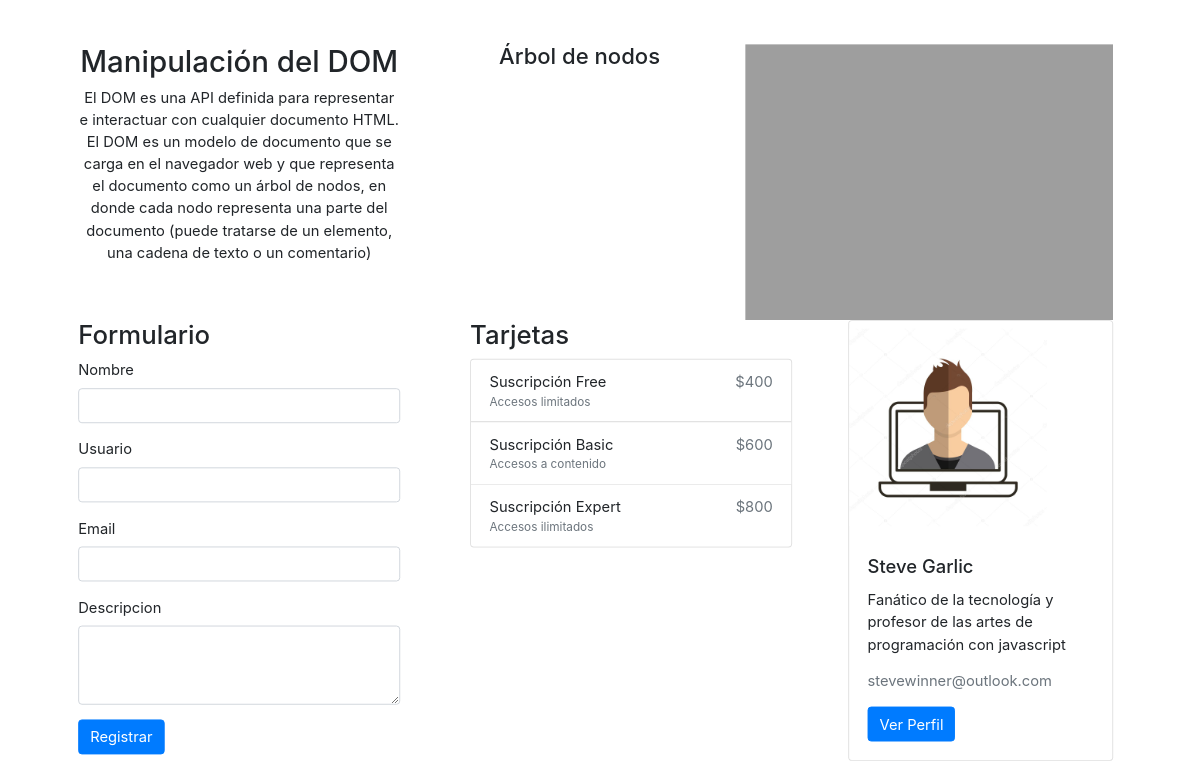
Repository: pedro-donoso/manipulacion-dom
Page: index.html
An editor plug-in stored every save of this project. The page is shown before and after the next save, followed by the edit.
The browser window is 1280 px wide. The pictures show the whole page, at 92% of full size.
Pictures or frames that could not be fetched are drawn as grey boxes.

Above is the page before, as saved 2024-02-06 14:09:43.

After the next save:
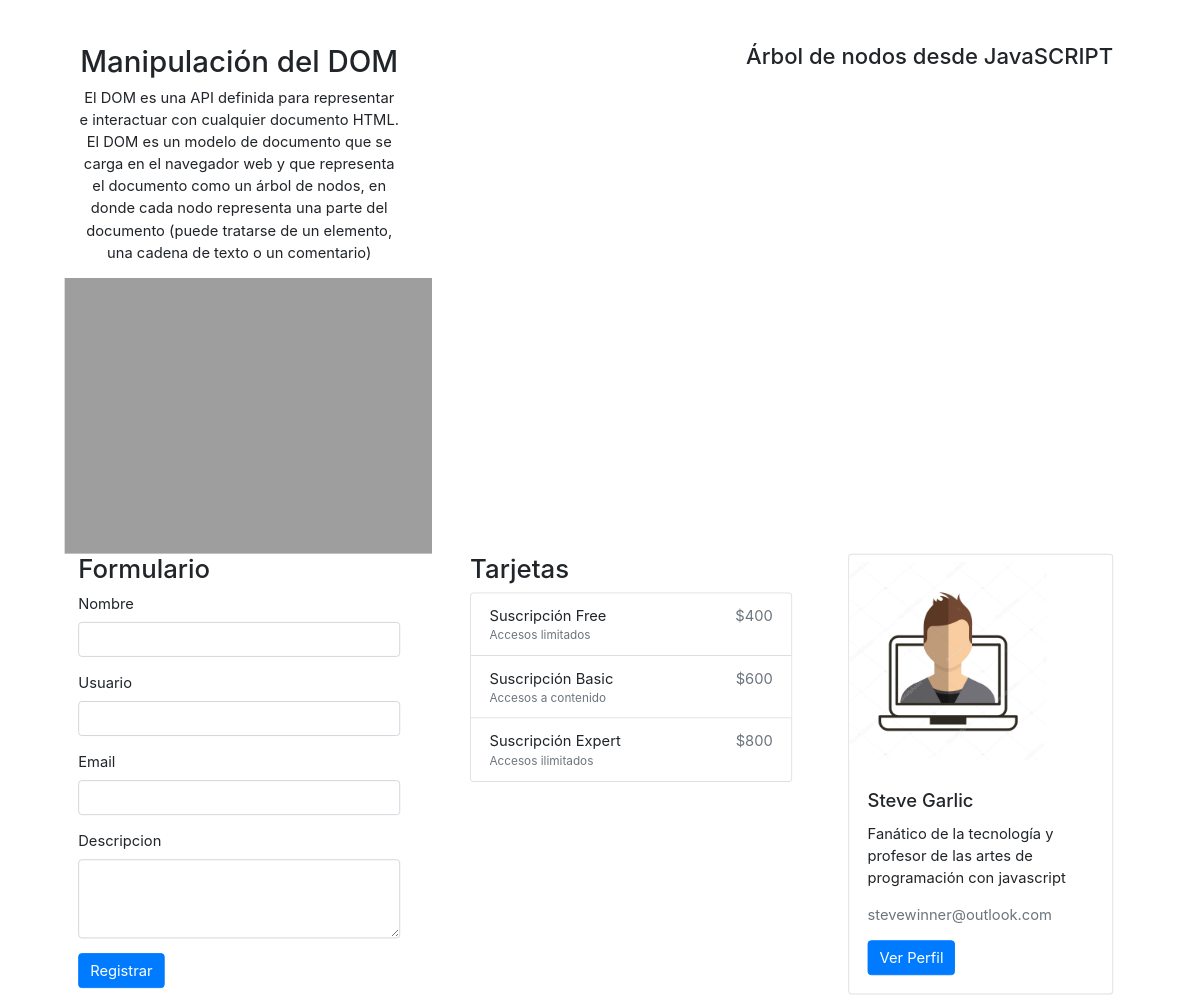
Saved 27 s later.
--- a/app.js
+++ b/app.js
@@ -3,7 +3,7 @@ let contenedor = document.querySelector("#contenedor");
 
 // 3- CREAR ELEMENTO SUBTITULO Y LE AGREGO PROPIEDADES
 let subtitulo = document.createElement("h4");
-subtitulo.innerText = "Árbol de nodos";
+subtitulo.innerText = "Árbol de nodos desde JavaSCRIPT";
 
 // 4- OBTENER EL CUERPO DEL DOCUMENTO
 let body = document.body;
